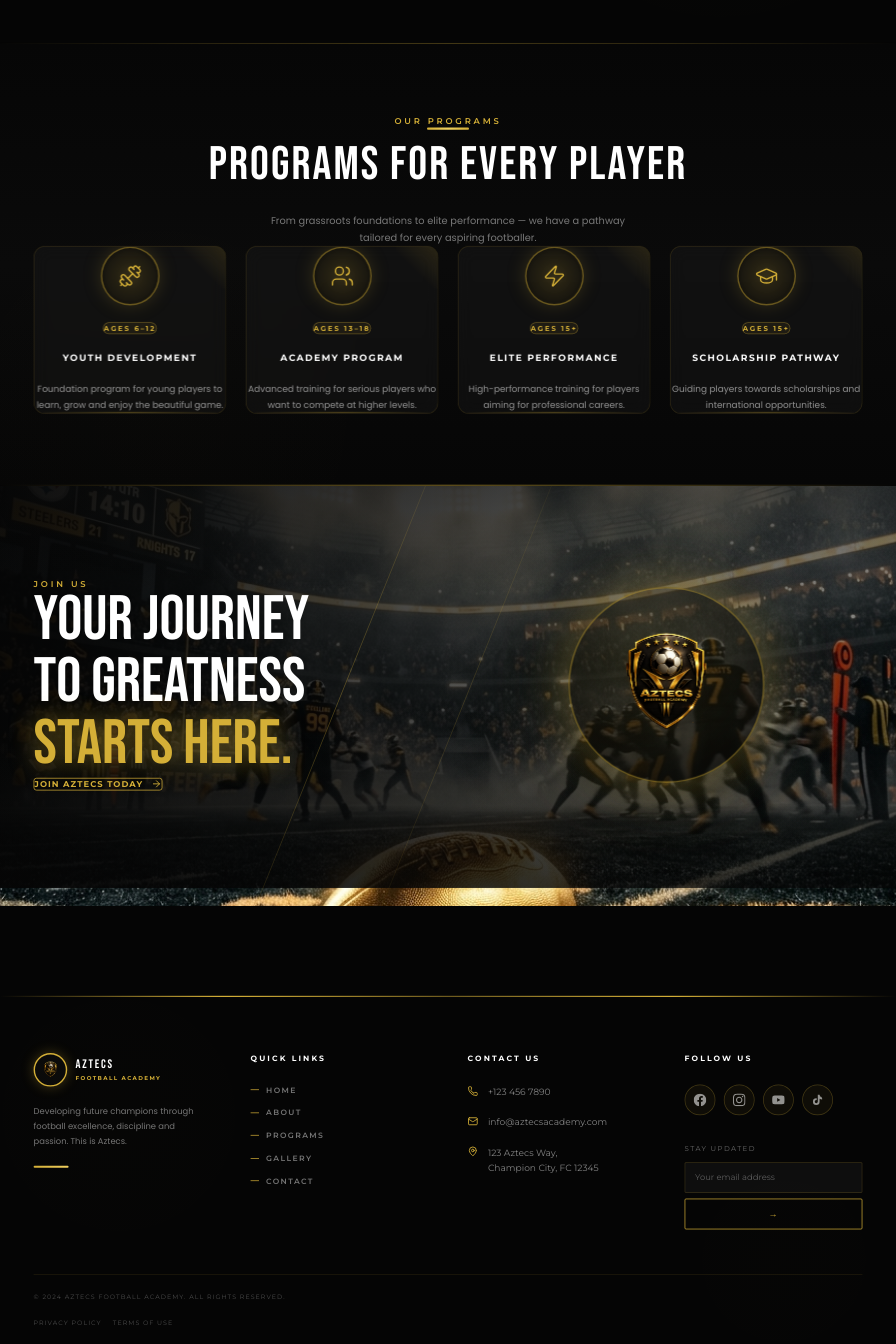
Repository: rahilkk2/aztecs-football
Page: /
An editor plug-in stored every save of this project. The page is shown before and after the next save, followed by the edit.
The browser window is 1280 px wide. The pictures show the part of the page from y = 1786 to 3706 px (the page is 3706 px tall before and 3538 px after), at 70% of full size.
The project was rebuilt for these pictures with package versions that can differ from the ones it lists, and the page was loaded fresh each time. Also part of the build but not shown: vite.config.js.

Above is the page before, as saved 2026-05-20 00:30:22.

### index.html
<!doctype html>
<html lang="en">
  <head>
    <meta charset="UTF-8" />
    <link rel="icon" type="image/png" href="/logo.png" />
    <meta name="viewport" content="width=device-width, initial-scale=1.0" />
    <link rel="preconnect" href="https://fonts.googleapis.com" />
    <link rel="preconnect" href="https://fonts.gstatic.com" crossorigin />
    <link href="https://fonts.googleapis.com/css2?family=Bebas+Neue&family=Montserrat:ital,wght@0,300;0,400;0,500;0,600;0,700;0,800;0,900;1,400&family=Poppins:wght@300;400;500;600;700;800&display=swap" rel="stylesheet" />
    <meta name="description" content="Aztecs Football Academy — Building champions on and off the pitch. Elite training, player development, and a clear pathway to success for young football players." />
    <meta name="keywords" content="football academy, Aztecs, elite training, youth football, soccer academy, player development, scholarship pathway" />
    <meta property="og:title" content="Aztecs Football Academy — Building Champions" />
    <meta property="og:description" content="Elite football training with discipline, values and a pathway to success. Join Aztecs Football Academy today." />
    <meta property="og:type" content="website" />
    <meta name="theme-color" content="#d4af37" />
    <title>Aztecs Football Academy — Building Champions On & Off The Pitch</title>
  </head>
  <body>
    <div id="root"></div>
    <script type="module" src="/src/main.jsx"></script>
  </body>
</html>

### src/App.jsx
import Navbar from './components/Navbar';
import Hero from './components/Hero';
import Features from './components/Features';
import About from './components/About';
import Programs from './components/Programs';
import CallToAction from './components/CallToAction';
import Footer from './components/Footer';

// Reusable gold gradient divider between sections
const GoldDivider = () => (
  <div className="section-gold-divider" />
);

function App() {
  return (
    <div style={{ background: '#050505', minHeight: '100vh' }}>
      <Navbar />
      <Hero />
      <GoldDivider />
      <Features />
      <GoldDivider />
      <About />
      <GoldDivider />
      <Programs />
      <GoldDivider />
      <CallToAction />
      <Footer />
    </div>
  );
}

export default App;

### src/components/Navbar.jsx
import { useState, useEffect } from 'react';
import { Menu, X } from 'lucide-react';

const navLinks = ['Home', 'About', 'Programs', 'Academy', 'Gallery', 'Contact'];

export default function Navbar() {
  const [scrolled, setScrolled] = useState(false);
  const [menuOpen, setMenuOpen] = useState(false);

  useEffect(() => {
    const onScroll = () => setScrolled(window.scrollY > 60);
    window.addEventListener('scroll', onScroll);
    return () => window.removeEventListener('scroll', onScroll);
  }, []);

  const handleNavClick = (link) => {
    setMenuOpen(false);
    const target = document.getElementById(link.toLowerCase());
    if (target) target.scrollIntoView({ behavior: 'smooth' });
    else window.scrollTo({ top: 0, behavior: 'smooth' });
  };

  return (
    <nav
      className={`fixed top-0 left-0 right-0 z-50 transition-all duration-500 ${
        scrolled
          ? 'bg-black/96 backdrop-blur-lg border-b border-yellow-600/20 py-3 shadow-2xl'
          : 'bg-transparent backdrop-blur-sm py-5'
      }`}
    >
      <div className="page-container flex items-center justify-between">

        {/* ── Logo ── */}
        <div
          className="flex items-center gap-2 sm:gap-3 cursor-pointer shrink-0"
          onClick={() => window.scrollTo({ top: 0, behavior: 'smooth' })}
        >
          {/* Logo image – object-contain so the full shield shows */}
          <div
            className="w-9 sm:w-11 h-9 sm:h-11 rounded-full overflow-hidden border-2 border-yellow-500/60 flex items-center justify-center shrink-0"
            style={{ boxShadow: '0 0 14px rgba(212,175,55,0.3)', background: '#0a0a0a' }}
          >
            <img
              src="/logo.png"
              alt="Aztecs Logo"
              className="w-full h-full object-contain"
            />
          </div>
          <div className="leading-none hidden sm:block">
            <div
              className="text-white text-lg sm:text-xl tracking-[2px] sm:tracking-[3px] font-black"
              style={{ fontFamily: "'Bebas Neue', cursive" }}
            >
              AZTECS
            </div>
            <div className="text-yellow-500 text-[8px] sm:text-[9px] font-bold tracking-[2px] sm:tracking-[3px] uppercase mt-0.5">
              Football Academy
            </div>
          </div>
        </div>

        {/* ── Desktop Nav Links ── */}
        <ul className="hidden lg:flex items-center gap-9">
          {navLinks.map((link) => (
            <li key={link}>
              <button
                onClick={() => handleNavClick(link)}
                className="text-white/75 hover:text-yellow-400 text-[11px] font-semibold tracking-[2.5px] uppercase transition-all duration-300 relative group"
              >
                {link}
                <span className="absolute -bottom-1 left-0 w-0 h-[1.5px] bg-yellow-500 transition-all duration-300 group-hover:w-full" />
              </button>
            </li>
          ))}
        </ul>

        {/* ── CTA + Hamburger ── */}
        <div className="flex items-center gap-3 sm:gap-4 shrink-0">
          <button
            onClick={() => handleNavClick('Contact')}
            className="btn-gold hidden sm:block px-4 sm:px-6 py-2 sm:py-2.5 text-[9px] sm:text-[11px] rounded-sm tracking-widest"
          >
            JOIN NOW
          </button>
          <button
            className="lg:hidden text-white hover:text-yellow-400 transition-colors p-2"
            onClick={() => setMenuOpen(!menuOpen)}
            aria-label="Toggle menu"
          >
            {menuOpen ? <X size={24} /> : <Menu size={24} />}
          </button>
        </div>
      </div>

      {/* ── Mobile Menu ── */}
      <div
        className={`lg:hidden transition-all duration-500 overflow-hidden ${
          menuOpen ? 'max-h-[500px] opacity-100' : 'max-h-0 opacity-0'
        }`}
      >
        <div className="bg-black/98 border-t border-yellow-600/20 px-4 sm:px-6 py-5 flex flex-col gap-4">
          {navLinks.map((link) => (
            <button
              key={link}
              onClick={() => handleNavClick(link)}
              className="text-white/70 hover:text-yellow-400 text-sm font-semibold tracking-[2px] uppercase text-left transition-colors py-2 border-b border-white/5 pb-3"
            >
              {link}
            </button>
          ))}
          <button
            onClick={() => handleNavClick('Contact')}
            className="btn-gold px-4 py-3 text-xs rounded-sm mt-2 w-full sm:w-fit tracking-widest"
          >
            JOIN NOW
          </button>
        </div>
      </div>
    </nav>
  );
}

### src/components/Features.jsx
import { useRef } from 'react';
import { motion, useInView } from 'framer-motion';
import { Trophy, User, Shield, Star } from 'lucide-react';

const features = [
  {
    icon: Trophy,
    title: 'Elite Training',
    desc: 'World-class training programs designed by professional coaches to elevate your game.',
  },
  {
    icon: User,
    title: 'Player Development',
    desc: 'We focus on technical skills, tactical understanding and personal growth at every level.',
  },
  {
    icon: Shield,
    title: 'Discipline & Values',
    desc: 'Building character, leadership and respect on and off the field for life.',
  },
  {
    icon: Star,
    title: 'Pathway to Success',
    desc: 'Preparing players for scholarships, professional trials and a bright future.',
  },
];

export default function Features() {
  const ref = useRef(null);
  const isInView = useInView(ref, { once: true, margin: '-80px' });

  return (
    <section
      ref={ref}
      id="features"
      className="relative overflow-hidden"
      style={{
        background: 'linear-gradient(to bottom, #050505, #0c0c0c, #050505)',
        paddingTop: 'clamp(3rem, 8vw, 6rem)',
        paddingBottom: 'clamp(3rem, 8vw, 7rem)',
      }}
    >
      {/* Gold accent lines */}
      <div
        className="absolute top-0 left-0 right-0 h-px"
        style={{ background: 'linear-gradient(to right, transparent, rgba(212,175,55,0.6), transparent)' }}
      />
      <div
        className="absolute bottom-0 left-0 right-0 h-px"
        style={{ background: 'linear-gradient(to right, transparent, rgba(212,175,55,0.4), transparent)' }}
      />

      {/* Spotlight */}
      <div className="absolute inset-0 pointer-events-none">
        <div
          className="spotlight absolute"
          style={{ width: '600px', height: '600px', top: '50%', left: '50%', transform: 'translate(-50%,-50%)', opacity: 0.07 }}
        />
      </div>

      <div className="page-container">
        {/* Section header */}
        <motion.div
          className="text-center mb-10 sm:mb-14 md:mb-16"
          initial={{ opacity: 0, y: 30 }}
          animate={isInView ? { opacity: 1, y: 0 } : {}}
          transition={{ duration: 0.7 }}
        >
          <div className="section-label mb-3 sm:mb-4">Why Choose Us</div>
          <div className="flex justify-center mb-4 sm:mb-5">
            <div className="gold-divider" />
          </div>
          <h2
            style={{
              fontFamily: "'Bebas Neue', cursive",
              fontSize: 'clamp(1.8rem, 6vw, 3.5rem)',
              letterSpacing: '3px',
              color: '#ffffff',
            }}
          >
            WHAT MAKES US DIFFERENT
          </h2>
        </motion.div>

        {/* Cards */}
        <div className="grid grid-cols-1 sm:grid-cols-2 lg:grid-cols-4 gap-4 sm:gap-5 lg:gap-7">
          {features.map(({ icon: Icon, title, desc }, i) => (
            <motion.div
              key={title}
              className="premium-card glass-card rounded-2xl p-6 sm:p-7 md:p-9 text-center flex flex-col items-center gap-4 sm:gap-5 relative overflow-hidden"
              initial={{ opacity: 0, y: 50 }}
              animate={isInView ? { opacity: 1, y: 0 } : {}}
              transition={{ duration: 0.7, delay: i * 0.12, ease: 'easeOut' }}
            >
              {/* Corner accent */}
              <div
                className="absolute top-0 right-0 w-20 h-20 opacity-10"
                style={{ background: 'linear-gradient(225deg, #d4af37, transparent 60%)' }}
              />

              {/* Icon */}
              <div
                className="w-18 h-18 rounded-full flex items-center justify-center"
                style={{
                  width: '72px',
                  height: '72px',
                  background: 'radial-gradient(circle, rgba(212,175,55,0.16), rgba(212,175,55,0.03))',
                  border: '1.5px solid rgba(212,175,55,0.42)',
                  boxShadow: '0 0 22px rgba(212,175,55,0.14)',
                }}
              >
                <Icon size={30} style={{ color: '#d4af37' }} strokeWidth={1.4} />
              </div>

              <h3
                className="font-bold text-white uppercase"
                style={{ letterSpacing: '2px', fontSize: '0.8rem' }}
              >
                {title}
              </h3>
              <p
                className="text-white/55 leading-relaxed"
                style={{ fontFamily: "'Poppins', sans-serif", fontSize: '0.78rem', lineHeight: '1.7' }}
              >
                {desc}
              </p>

              {/* Bottom gold accent bar */}
              <div
                className="absolute bottom-0 left-0 right-0 h-[2px]"
                style={{ background: 'linear-gradient(to right, transparent, rgba(212,175,55,0.35), transparent)' }}
              />
            </motion.div>
          ))}
        </div>
      </div>
    </section>
  );
}

### src/components/CallToAction.jsx
import { useRef } from 'react';
import { motion, useInView, useScroll, useTransform } from 'framer-motion';
import { ArrowRight } from 'lucide-react';

export default function CallToAction() {
  const ref = useRef(null);
  const isInView = useInView(ref, { once: true, margin: '-100px' });

  const { scrollYProgress } = useScroll({
    target: ref,
    offset: ['start end', 'end start'],
  });
  const bgY = useTransform(scrollYProgress, [0, 1], ['-10%', '10%']);

  return (
    <section
      ref={ref}
      id="academy"
      className="relative overflow-hidden flex items-center"
      style={{ minHeight: '600px', paddingBottom: '2rem' }}
    >
      {/* ── Parallax BG ── */}
      <motion.div className="absolute inset-0 z-0" style={{ y: bgY }}>
        <img
          src="/cta_field.png"
          alt="Football Field at Night"
          className="w-full h-full object-cover"
          style={{ transform: 'scale(1.18)' }}
        />
        {/* Dark overlays */}
        <div
          className="absolute inset-0"
          style={{
            background:
              'linear-gradient(to right, rgba(5,5,5,0.94) 0%, rgba(5,5,5,0.7) 50%, rgba(5,5,5,0.45) 100%)',
          }}
        />
        <div
          className="absolute inset-0"
          style={{ background: 'linear-gradient(to top, rgba(5,5,5,0.5) 0%, transparent 45%)' }}
        />
        <div
          className="absolute inset-0"
          style={{ background: 'linear-gradient(to bottom, rgba(5,5,5,0.4) 0%, transparent 30%)' }}
        />
      </motion.div>

      {/* ── Gold diagonal streaks ── */}
      <div className="absolute inset-0 z-0 pointer-events-none overflow-hidden">
        <div
          style={{
            position: 'absolute', width: '1px', height: '160%', top: '-30%', left: '38%',
            background: 'linear-gradient(to bottom, transparent, rgba(212,175,55,0.38), transparent)',
            transform: 'rotate(22deg)',
          }}
        />
        <div
          style={{
            position: 'absolute', width: '1px', height: '160%', top: '-30%', left: '52%',
            background: 'linear-gradient(to bottom, transparent, rgba(212,175,55,0.2), transparent)',
            transform: 'rotate(22deg)',
          }}
        />
        <div
          className="spotlight absolute"
          style={{ width: '700px', height: '700px', top: '50%', right: '0%', transform: 'translateY(-50%)', opacity: 0.14 }}
        />
      </div>

      {/* ── Content ── */}
      <div className="page-container relative z-10 w-full py-16 sm:py-20 md:py-24">
        <div className="grid grid-cols-1 lg:grid-cols-2 items-center gap-10 sm:gap-14 md:gap-16">

          {/* Left — Text */}
          <motion.div
            initial={{ opacity: 0, x: -55 }}
            animate={isInView ? { opacity: 1, x: 0 } : {}}
            transition={{ duration: 1, ease: 'easeOut' }}
          >
            <div className="section-label mb-4 sm:mb-5">Join Us</div>
            <h2
              className="leading-none mb-7 sm:mb-10"
              style={{
                fontFamily: "'Bebas Neue', cursive",
                fontSize: 'clamp(2rem, 7vw, 5.8rem)',
                lineHeight: 0.98,
                color: '#fff',
              }}
            >
              YOUR JOURNEY
              <br />
              TO GREATNESS
              <span
                className="block mt-2"
                style={{
                  color: '#d4af37',
                  textShadow: '0 0 35px rgba(212,175,55,0.55)',
                }}
              >
                STARTS HERE.
              </span>
            </h2>
            <motion.button
              className="btn-gold inline-flex items-center gap-2 sm:gap-3 px-8 sm:px-11 py-3 sm:py-4 text-xs sm:text-xs rounded-sm group"
              whileHover={{ scale: 1.03 }}
              whileTap={{ scale: 0.97 }}
              onClick={() => document.getElementById('contact')?.scrollIntoView({ behavior: 'smooth' })}
            >
              JOIN AZTECS TODAY
              <ArrowRight size={15} className="transition-transform duration-300 group-hover:translate-x-1.5" />
            </motion.button>
          </motion.div>

          {/* Right — Floating logo */}
          <motion.div
            className="hidden lg:flex justify-center items-center"
            initial={{ opacity: 0, scale: 0.78 }}
            animate={isInView ? { opacity: 1, scale: 1 } : {}}
            transition={{ duration: 1.2, ease: 'easeOut', delay: 0.3 }}
          >
            <div
              className="animate-float rounded-full overflow-hidden border-2 flex items-center justify-center"
              style={{
                width: '280px',
                height: '280px',
                borderColor: 'rgba(212,175,55,0.45)',
                background: 'radial-gradient(circle at 40% 30%, rgba(212,175,55,0.1), rgba(5,5,5,0.75))',
                boxShadow:
                  '0 0 70px rgba(212,175,55,0.28), 0 0 140px rgba(212,175,55,0.1)',
              }}
            >
              <img
                src="/logo.png"
                alt="Aztecs Football Academy Logo"
                className="w-full h-full object-contain p-7"
              />
            </div>
          </motion.div>

        </div>
      </div>
    </section>
  );
}

Loaded but not shown: src/main.jsx (common file); src/components/Footer.jsx (271 lines, source omitted); src/components/Hero.jsx (270 lines, source omitted); src/components/About.jsx (191 lines, source omitted); src/index.css (299 lines, source omitted); src/components/Programs.jsx (217 lines, source omitted)

After the next save:
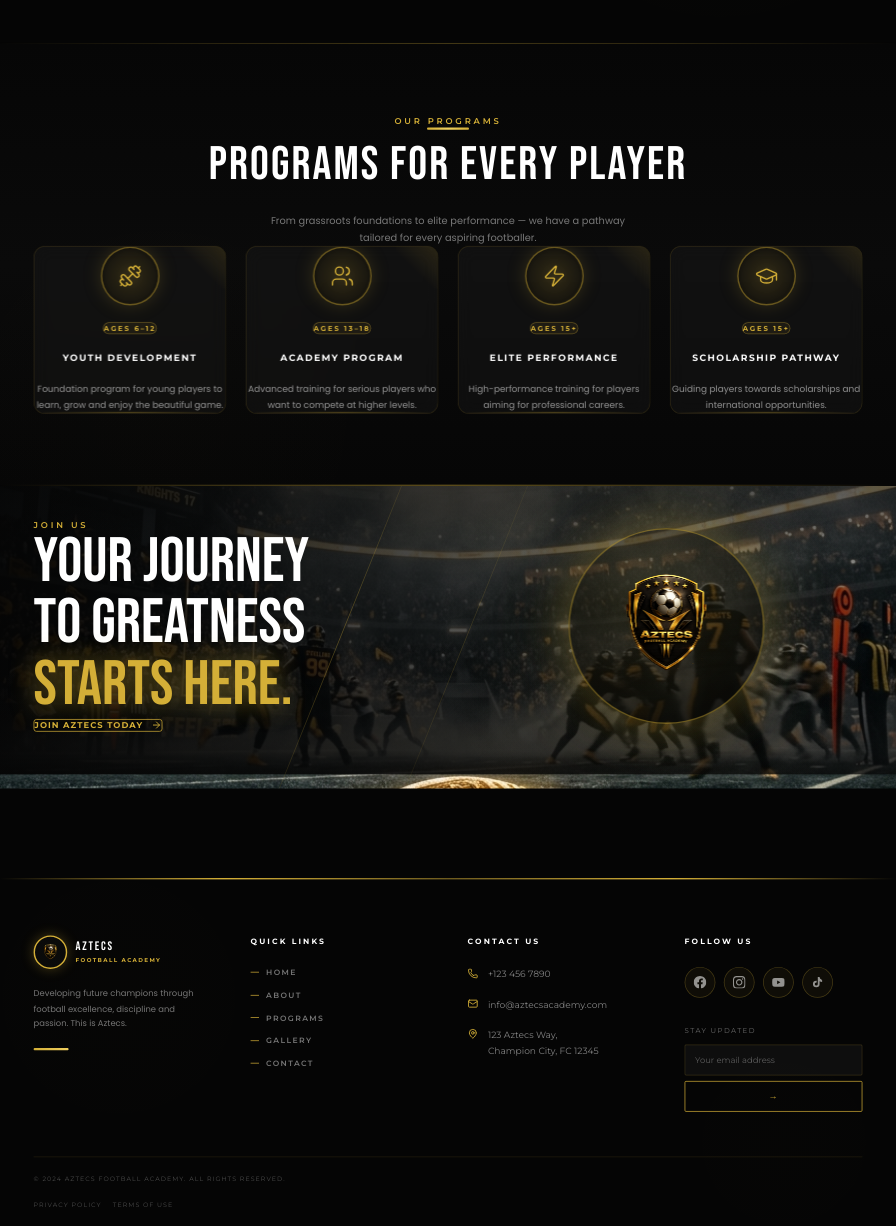
Saved 2 s later.
--- a/src/components/CallToAction.jsx
+++ b/src/components/CallToAction.jsx
@@ -17,7 +17,7 @@ export default function CallToAction() {
       ref={ref}
       id="academy"
       className="relative overflow-hidden flex items-center"
-      style={{ minHeight: '600px', paddingBottom: '2rem' }}
+      style={{ minHeight: 'clamp(400px, 60vh, 600px)', paddingBottom: '2rem' }}
     >
       {/* ── Parallax BG ── */}
       <motion.div className="absolute inset-0 z-0" style={{ y: bgY }}>
